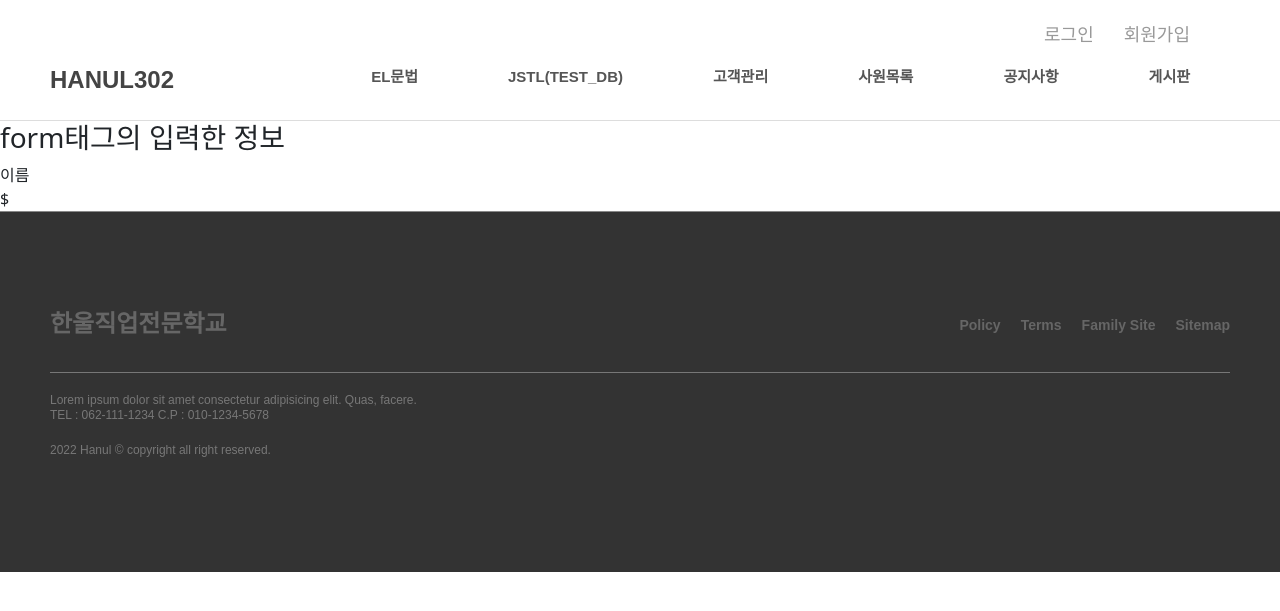
Repository: Xeyeong/servlet
Page: http://localhost/05.MiniProject/el/form_info.jsp
These files come from the project's save history. The page is drawn as it stood at one moment and after the next save; the edit follows.
The browser window is 1280 px wide. The pictures show the whole page.
Some web libraries are served in a nearby version. The page is served by Tomcat 9. Other server files are loaded and not shown.

Above is the page before, as saved 2022-09-20 01:34:34.

### 05.MiniProject/src/main/webapp/el/form_info.jsp
<%@ page language="java" contentType="text/html; charset=UTF-8"
    pageEncoding="UTF-8"%>
<!DOCTYPE html>
<html>
<head>
<meta charset="UTF-8">
<title>Insert title here</title>
</head>
<body>
<jsp:include page="/include/header.jsp"/>
	<h3>form태그의 입력한 정보</h3>
<table class="styled-table>
		<tr>
			<th class="w-px1400">이름</th>
			<td>$</td>
		</tr>
		<tr><th></th>
			<td></td>

		</tr>
</table>
<jsp:include page="/include/footer.jsp"/>
</body>
</html>

### 05.MiniProject/src/main/webapp/include/header.jsp
<%@ page language="java" contentType="text/html; charset=UTF-8"
    pageEncoding="UTF-8"%>
<!DOCTYPE html>
<html>
<head>
<meta charset="UTF-8">
<meta http-equiv="X-UA-Compatible" content="IE=CHROME">
<meta name="viewport" content="width=device-width, initial-scale=1.0">
<title>실습용 테마</title>
<link rel="icon" href="favicon.ico" type="image/x-icon">
<script src="https://kit.fontawesome.com/c47106c6a7.js"
	crossorigin="anonymous"></script>
<link rel="stylesheet" href="css/style.css?<%=new java.util.Date()%>">
<link rel="stylesheet" href="css/common.css?<%=new java.util.Date()%>">
<script src="js/ie.js"></script>
<link
	href="https://cdn.jsdelivr.net/npm/bootstrap@5.2.0-beta1/dist/css/bootstrap.min.css"
	rel="stylesheet"
	integrity="sha384-0evHe/X+R7YkIZDRvuzKMRqM+OrBnVFBL6DOitfPri4tjfHxaWutUpFmBp4vmVor"
	crossorigin="anonymous">
<script
	src="https://cdn.jsdelivr.net/npm/bootstrap@5.2.0-beta1/dist/js/bootstrap.bundle.min.js"
	integrity="sha384-pprn3073KE6tl6bjs2QrFaJGz5/SUsLqktiwsUTF55Jfv3qYSDhgCecCxMW52nD2"
	crossorigin="anonymous"></script>
<script src="https://code.jquery.com/jquery-3.6.0.min.js"></script>
</head>
<body>
	<header>
		<div class="inner">
			<h1>
				<a href="#">HANUL302</a>
			</h1>
			<ul id="gnb">
				<li><a href="list.el">EL문법</a></li>
				<li><a href="list.te">JSTL(TEST_DB)</a></li>
				<li><a href="list.cu">고객관리</a></li>
				<li><a href="#">사원목록</a></li>
				<li><a href="#">공지사항</a></li>
				<li><a href="#">게시판</a></li>
			</ul>



			<ul class="util">
				<li><a href="#">로그인</a></li>
				<li><a href="#">회원가입</a></li>
			</ul>

		</div>

	</header>
</body>
</html>

### 05.MiniProject/src/main/webapp/include/footer.jsp
<%@ page language="java" contentType="text/html; charset=UTF-8"
    pageEncoding="UTF-8"%>
<footer>
		<div class="inner">
			<div class="upper">
				<h1>한울직업전문학교</h1>
				<ul>
					<li><a href="#">Policy</a></li>
					<li><a href="#">Terms</a></li>
					<li><a href="#">Family Site</a></li>
					<li><a href="#">Sitemap</a></li>
				</ul>
			</div>
			<div class="lower">
				<address>
					Lorem ipsum dolor sit amet consectetur adipisicing elit. Quas,
					facere.<br> TEL : 062-111-1234 C.P : 010-1234-5678
				</address>
				<p>2022 Hanul &copy; copyright all right reserved.</p>
			</div>
		</div>
</footer>

### 05.MiniProject/src/main/webapp/css/style.css
@charset 'utf-8';


* {
	margin: 0px;
	padding: 0px;
	box-sizing: border-box;
}
ul,
ol {
	list-style: none;
}
a {
	text-decoration: none;
}

/* header */
header {
	width: 100%;
	border-bottom: 1px solid #ddd;
}
header .inner {
	width: 1180px;
	height: 120px;
	margin: 0px auto;
	position: relative; /*자식 absolute 요소의 기준점 설정*/
}
header .inner h1 {
	position: absolute;
	left: 0px;
	bottom: 15px;
}
header .inner h1 a {
	font: bold 24px/1 "arial";
	color: #444;
}
header .inner .util {
	position: absolute;
	top: 20px;
	right: 30px;
}
header .inner .util li {
	float: left;
}
header .inner .util li a {
	display: block;
	font: 18px "arial";
	color: #999;
	padding: 0px 10px;
}
header .inner #gnb {
	position: absolute;
	bottom: 0px;
	right: 0px;
}
header .inner #gnb li {
	float: left;
}
header .inner #gnb li a {
	display: block; /*인라인 요소는 block설정하여 크기를 조절가능*/
	font: bold 15px/1 "arial";
	color: #555;
	padding: 20px 40px;
	transition: all 0.5s;
}
header .inner #gnb li a:hover {
	background: #555;
	color: #fff;
}
figure {
	width: 100%;
	height: calc(100vh - 120px); /*전체 브라우저 높이에서 120px만큼 빼줌*/
	background: #000;
	position: relative;
	overflow: hidden;
	padding-top: 250px;
}
figure video {
	object-fit: cover; /*영상을 figure안쪽에 꽉 차도록 설정*/
	width: 100%;
	height: 100%;
	opacity: 0.3;
	position: absolute;
	top: 0px;
	left: 0px;
}
figure .inner {
	width: 1180px;
	margin: 0px auto;
	position: relative;
}
figure .inner h1 {
	font: normal 120px/1 "arial";
	color: #fff;
	margin-bottom: 20px;
}
figure .inner p {
	font: 16px/1.4 "arial";
	color: #888;
	margin-bottom: 60px;
}
figure .inner a {
	display: block;
	width: 400px;
	height: 30px;
	border: 1px solid #bbb;
	font: bold 11px/30px "arial";
	color: #fff;
	text-align: center;
	letter-spacing: 1px;
	transition: all 0.5s;
}
figure .inner a:hover {
	background: #fff;
	color: #555;
}
/* news */
section {
	width: 100%;
	padding: 200px 0px;
}
section .inner {
	width: 1180px;
	margin: 0px auto;
}
section .inner h1 {
	font: bold 24px/1 "arial";
	color: #555;
	text-align: center;
	margin-bottom: 50px;
}
section .inner .wrap {
	width: 100%;
}
section .inner .wrap::after {
	/*자식 요소인 article의 float해제*/
	content: "";
	display: block;
	clear: both;
}
section .inner .wrap article {
	width: 32%;
	float: left;
	margin-right: 20px;
}
section .inner .wrap article:last-child {
	/*제일 오른쪽 마지막 요소만 여백제거*/
	margin-right: 0px;
}
section .inner .wrap article h2 {
	margin-bottom: 10px;
}
section .inner .wrap article h2 a {
	font: bold 16px/1 "arial";
	color: #555;
}
section .inner .wrap article p {
	font: 14px/1.4 "arial";
	color: #777;
}
section .inner .wrap article .pic {
	width: 100%;
	height: 120px;
	background: #333;
	margin-bottom: 15px;
	position: relative;
	overflow: hidden;
}
section .inner .wrap article .pic img {
	object-fit: cover; /*pic프레임안에 이미지 꽉 채움*/
	width: 100%;
	height: 100%;
}
/* footer */
footer {
	width: 100%;
	background: #333;
	padding: 100px 0px;
	border-top: 1px solid #888;
}
footer .inner {
	width: 1180px;
	margin: 0px auto;
}
footer .inner .upper {
	width: 100%;
	border-bottom: 1px solid #777;
	padding-bottom: 20px;
}
footer .inner .upper::after {
	/*상단 영역 float해제*/
	content: "";
	display: block;
	clear: both;
}
footer .inner .upper h1 {
	float: left;
	font: bold 24px/1 "arial";
	color: #666;
}
footer .inner .upper ul {
	float: right;
}
footer .inner .upper ul li {
	float: left;
	margin-left: 20px;
}
footer .inner .upper ul li a {
	font: bold 14px/1 "arial";
	color: #666;
}
footer .inner .lower {
	width: 100%;
	padding-top: 20px;
}
footer .inner .lower address {
	width: 100%;
	font: 12px/1.3 "arial";
	color: #777;
	margin-bottom: 20px;
}
footer .inner .lower p {
	width: 100%;
	font: 12px/1 "arial";
	color: #777;
}

.styled-table {
	width: 80%;
    border-collapse: collapse;
    margin: 2% 10% 2% 10% ;
    font-size: 0.9em;
    font-family: sans-serif;
    min-width: 400px;
    box-shadow: 0 0 20px rgba(0, 0, 0, 0.15);

}

.styled-table thead tr {
    background-color: #009879;
    color: #ffffff;
    text-align: left;
}
table th{
	background-color: #6d6b6b!important;  color : #fff;
}
.styled-table th,
.styled-table td {
    padding: 12px 15px;
}

.styled-table tbody tr {
    border-bottom: 1px solid #dddddd;
}

.styled-table tbody tr:nth-of-type(even) {
    background-color: #f3f3f3;
}

.styled-table tbody tr:last-of-type {
    border-bottom: 2px solid #009879;
}

.styled-table tbody tr.active-row {
    font-weight: bold;
    color: #009879;
}



.styled-table {
	width: 80%;
    border-collapse: collapse;
    margin: 2% 10% 2% 10%;
    font-size: 0.9em;
    font-family: sans-serif;
    min-width: 400px;
    box-shadow: 0 0 20px rgba(0, 0, 0, 0.15);
}

.styled-table thead tr {
    background-color: #009879;
    color: #ffffff;
    text-align: left;
}

.styled-table th,
.styled-table td {
    padding: 12px 15px;
}

.styled-table tbody tr {
    border-bottom: 1px solid #dddddd;
}

.styled-table tbody tr:nth-of-type(even) {
    background-color: #f3f3f3;
}

.styled-table tbody tr:last-of-type {
    border-bottom: 2px solid #009879;
}

.styled-table tbody tr.active-row {
    font-weight: bold;
    color: #009879;
}
.list-top{
	width: 80%;
	margin: 2% 10%;
}
input[ type=button ] {
	padding : 2px 10px
}

input[ type=submit ]{
	padding: 2px 10px
}
label:not(:last-child) {
	margin-right: 30px
}

### 05.MiniProject/src/main/webapp/css/common.css
@charset "UTF-8";

ul {
	list-style-type: none;
	align-items: center;
	padding: 0;
}

.center {
	position: absolute;
	left: 50%;
	top: calc(120px + 50%);
	transform: translate(-50%, -50%);
}

.list-top {
	display: flex;
	justify-content: space-between;
}

.list-top ul {
	display: flex;
}

table.tb-list th, table.tb-list td {
	border: 1px solid #b0b0b0;
}

.list-top {
	width: 80%;
	margin: 2% 10%
}

input[type=button], input[type=submit] {
	padding: 2px 10px
}

table th {
	background-color: #009879 !important;
	color: #fff;
}

label:not(:last-child) {
	margin-right: 30px
}

.btnSet {
	margin: 20px auto;
	width: 80%;
}

.btnSet a:not(:last-child) {
	margin-right: 5px
}

a {
	text-decoration: none !important;
}

a.btn-fill, a.btn-empty {
	height: 28px;
	padding: 3px 15px;
	border: 1px solid #009879;
	border-radius: 3px;
}

a.btn-fill {
	background-color: #009879;
	color: #fff;
}

a.btn-empty {
	color: #009879;
}

input {
	padding: 0 10px;
}

input:focus {
	outline: none !important;
	border-color: #009879;
}

.tb-wrap {
	overflow: auto;
	margin: 20px auto;
	height: 500px;
	width: 80%;
}

.tb-wrap table {
	width: 100%;
	margin: 0;
}

header ul li:not(:first-child) {
	margin-left: 10px
}

.valid {
	color: green;
	font-size: 14px;
	font-weight: bold;
}

.invalid {
	color: red;
	font-size: 14px;
	font-weight: bold;
}

.font {
	font-size: 18px;
}

#delete {
	display: none;
}

.w-px40 {
	width: 40px
}

.w-px60 {
	width: 60px
}

.w-px80 {
	width: 80px
}

.w-px100 {
	width: 100px
}

.w-px120 {
	width: 120px
}

.w-px140 {
	width: 140px
}

.w-px160 {
	width: 160px
}

.w-px180 {
	width: 180px
}

.w-px200 {
	width: 200px
}

.w-px220 {
	width: 220px
}

.w-px250 {
	width: 250px
}

.w-px300 {
	width: 300px
}

Loaded but not shown: 05.MiniProject/src/main/webapp/js/ie.js (common file)

After the next save:
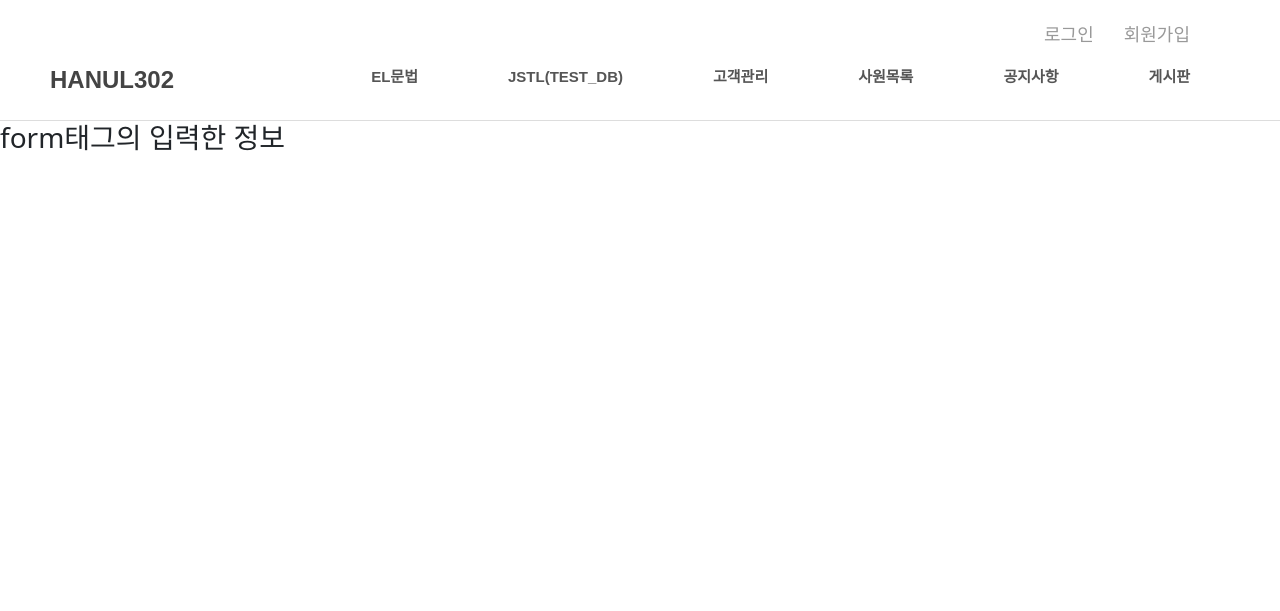
Saved 10 s later.
--- a/05.MiniProject/src/main/webapp/el/form_info.jsp
+++ b/05.MiniProject/src/main/webapp/el/form_info.jsp
@@ -9,16 +9,6 @@
 <body>
 <jsp:include page="/include/header.jsp"/>
 	<h3>form태그의 입력한 정보</h3>
-<table class="styled-table>
-		<tr>
-			<th class="w-px1400">이름</th>
-			<td>$</td>
-		</tr>
-		<tr><th></th>
-			<td></td>
 
-		</tr>
-</table>
-<jsp:include page="/include/footer.jsp"/>
 </body>
 </html>

After the save that followed:
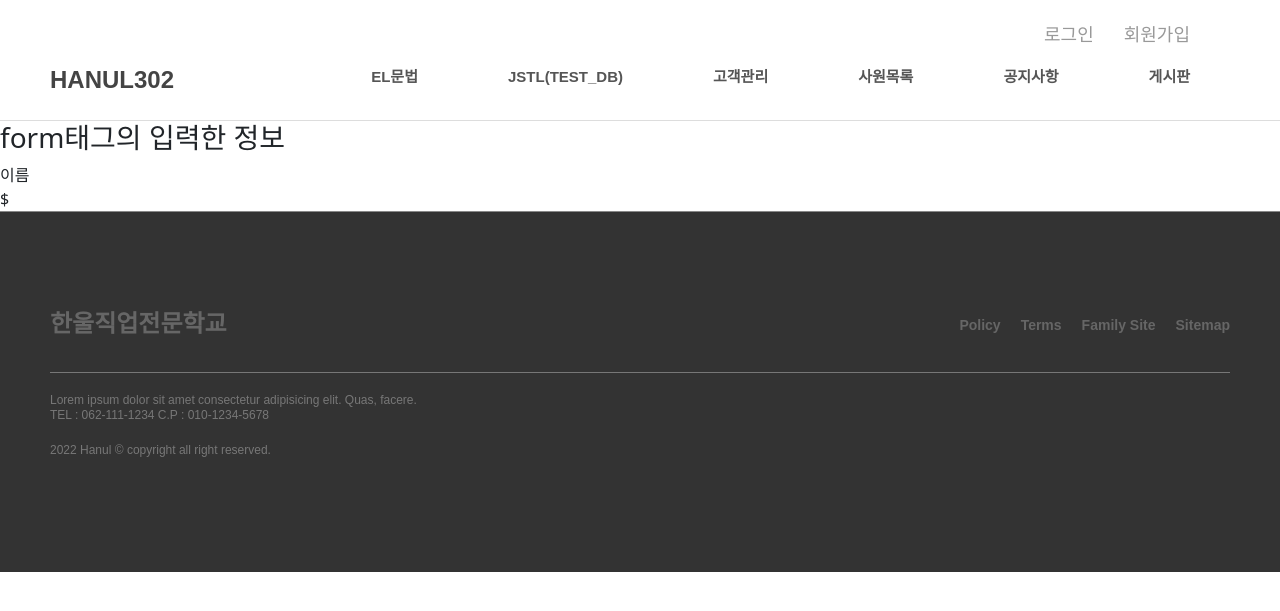
Saved 5 s later.
--- a/05.MiniProject/src/main/webapp/el/form_info.jsp
+++ b/05.MiniProject/src/main/webapp/el/form_info.jsp
@@ -9,6 +9,16 @@
 <body>
 <jsp:include page="/include/header.jsp"/>
 	<h3>form태그의 입력한 정보</h3>
+<table class="styled-table>
+		<tr>
+			<th class="w-px1400">이름</th>
+			<td>$</td>
+		</tr>
+		<tr><th></th>
+			<td></td>
 
+		</tr>
+</table>
+<jsp:include page="/include/footer.jsp"/>
 </body>
 </html>
